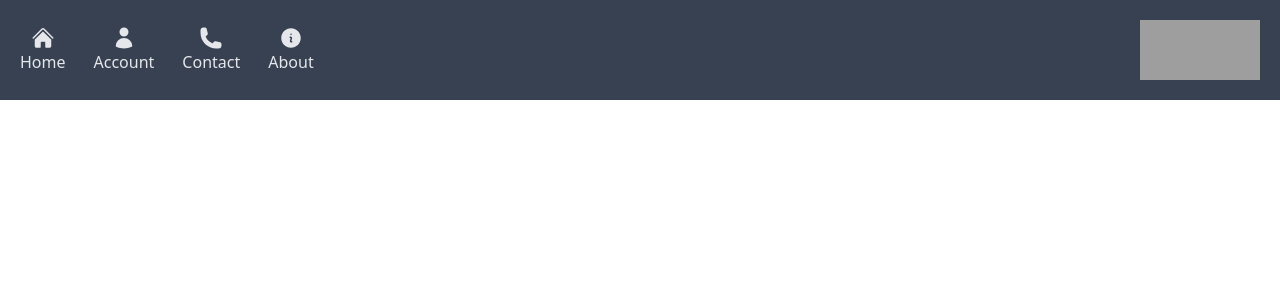
Repository: lyvandat/imdb-movie
Page: /
An editor plug-in stored every save of this project. The page is shown before and after a run of saves, followed by the edit.
The browser window is 1280 px wide. The pictures show the whole page.
Pictures or frames that could not be fetched are drawn as grey boxes. The project was rebuilt for these pictures with package versions that can differ from the ones it lists, and the page was loaded fresh each time. The framework's server and built-in components were replaced by stand-ins that run in the browser. Also part of the build but not shown: next.config.js.

Above is the page before, as saved 2022-10-04 10:37:12.

### pages/index.js
import Head from "next/head";
import Header from "../components/Header";

export default function Home() {
  return (
    <div>
      <Head>
        <title>Create Next App</title>
        <meta name="description" content="Generated by create next app" />
        <link rel="icon" href="/favicon.ico" />
      </Head>

      <Header />
    </div>
  );
}

### components/Header.js
import React from "react";
import Image from "next/image";
import {
  HomeIcon,
  UserIcon,
  PhoneIcon,
  InformationCircleIcon,
} from "@heroicons/react/24/solid";
import Link from "next/link";

// import { Container } from './styles';

function Header() {
  return (
    <section className="flex flex-col p-5 items-center sm:flex-row sm:justify-between bg-gray-700 select-none text-gray-200 ">
      <ul className="flex space-x-5 mb-5 sm:space-x-7 sm:mb-0 items-center">
        <li className="flex flex-col items-center hover:text-white active:text-red-500">
          <HomeIcon className="h-6" />
          <p>Home</p>
        </li>

        <li className="flex flex-col items-center hover:text-white active:text-red-500">
          <UserIcon className="h-6" />
          <p>Account</p>
        </li>
        <li className="flex flex-col items-center hover:text-white active:text-red-500">
          <PhoneIcon className="h-6" />
          <p>Contact</p>
        </li>
        <li className="flex flex-col items-center hover:text-white active:text-red-500">
          <InformationCircleIcon className="h-6" />
          <p>About</p>
        </li>
      </ul>
      <Image
        src="https://th.bing.com/th/id/R.96d6a3163510b47bda4d016b465fb380?rik=RdmM%2faKqGkQOUw&riu=http%3a%2f%2fimg4.wikia.nocookie.net%2f__cb20130124112826%2flogopedia%2fimages%2f8%2f8e%2fIMDB.png&ehk=Svd7%2fn42Zig1owSS1hb%2b2k8bFFdbEKW6iFyTQu2u5yw%3d&risl=&pid=ImgRaw&r=0"
        width={120}
        height={60}
        layout="fixed"
        className="hover:brightness-110"
      />
    </section>
  );
}

export default Header;

Loaded but not shown: pages/_app.js (common file); styles/globals.css (common file); tailwind.config.js (common file)

After the next 3 saves:
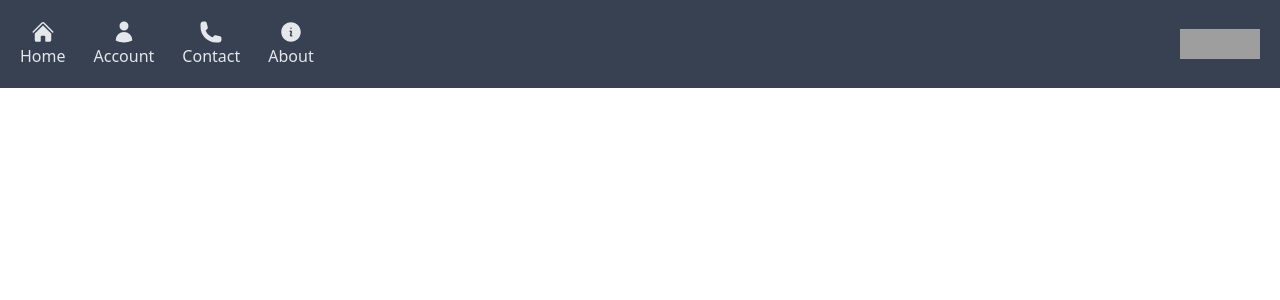
The 3 saves are shown as one change because they came seconds apart.
The last was saved 11 s later.
--- a/components/Header.js
+++ b/components/Header.js
@@ -34,8 +34,8 @@ function Header() {
       </ul>
       <Image
         src="https://th.bing.com/th/id/R.96d6a3163510b47bda4d016b465fb380?rik=RdmM%2faKqGkQOUw&riu=http%3a%2f%2fimg4.wikia.nocookie.net%2f__cb20130124112826%2flogopedia%2fimages%2f8%2f8e%2fIMDB.png&ehk=Svd7%2fn42Zig1owSS1hb%2b2k8bFFdbEKW6iFyTQu2u5yw%3d&risl=&pid=ImgRaw&r=0"
-        width={120}
-        height={60}
+        width={80}
+        height={30}
         layout="fixed"
         className="hover:brightness-110"
       />
